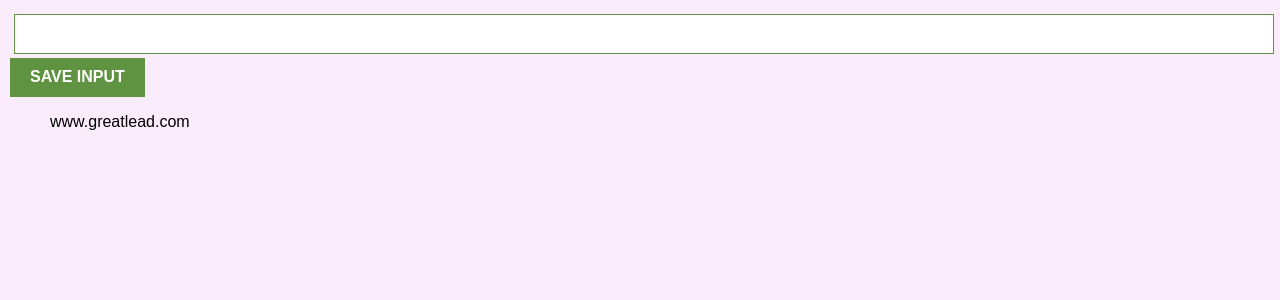
Repository: jt010051/chromeExtension
Page: index.html
These files come from the project's save history. The page is drawn as it stood at one moment and after the next save; the edit follows.
The browser window is 1280 px wide. The pictures show the whole page.

Above is the page before, as saved 2022-02-27 18:12:39.

After the next save:
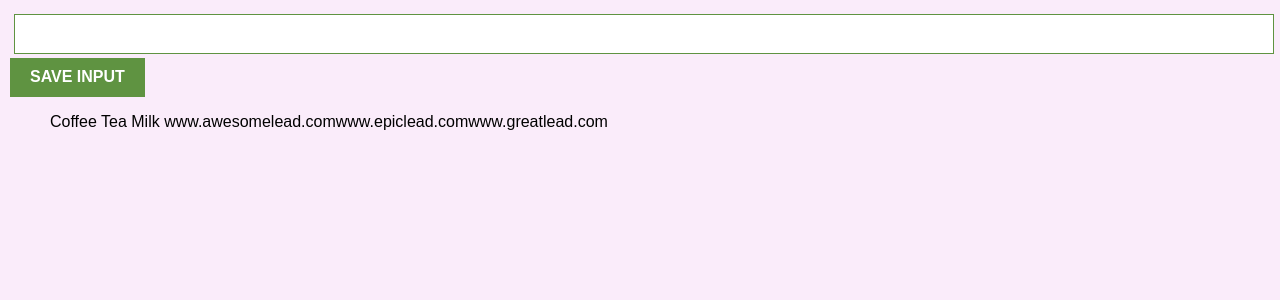
Saved 13 s later.
--- a/index.js
+++ b/index.js
@@ -12,6 +12,6 @@ console.log(myLeads)
 })
 
 for(let i = 0; i<myLeads.length; i++){
-ulEl.textContent = myLeads[i]
+ulEl.textContent += myLeads[i]
 
 }
